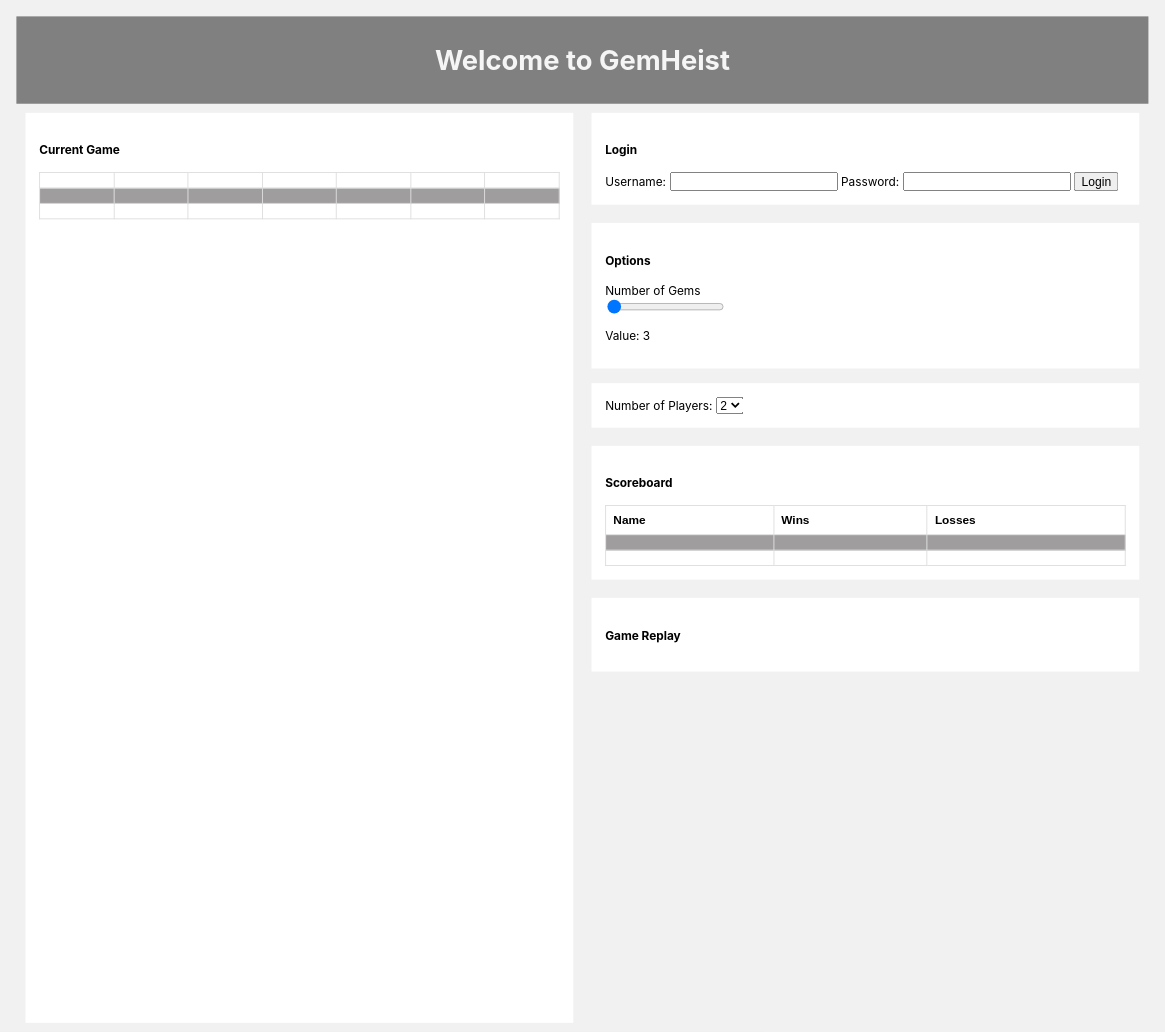
Repository: komalharjani/Gem-Heist
Page: board.html
These files come from the project's save history. The page is drawn as it stood at one moment and after the next save; the edit follows.
The browser window is 1280 px wide. The pictures show the whole page, at 91% of full size.

Above is the page before, as saved 2020-04-05 19:15:14.

### board.html
<!DOCTYPE html>
<html>

<head>
    <link rel="stylesheet" href="style.css">
</head>

<body>
    <!--Header-->
    <div class="header">
        <h2>Welcome to GemHeist</h2>
    </div>

    <!--Current Game-->
    <div class="centercolumn">
        <div class="card" style="height:1000px">
            <h4 id="gameTitle">Current Game</h4>
            <div class="yaks" id="game">
            </div>
        </div>
    </div>
    <!--Login -->
    <div class="centercolumn" id="scoreboard">
        <div class="card">
            <h4>Login</h4>
            <div class="yaks">
                <label for="fname">Username:</label>
                <input type="text" id="fname" name="fname">
                <label for="lname">Password:</label>
                <input type="text" id="lname" name="lname">
                <input type="submit" value="Login">
            </div>
        </div>
    </div><br>
    </div>

    <!--Options -->
    <div class="rightcolumn">
        <div class="card">
            <h4>Options</h4>
            <div class="yaks">
                <div class="slidecontainer">
                    <label for="myRange">Number of Gems</label></br>
                    <input type="range" min="3" max="20" value="3" class="slider" id="myRange">
                    <p>Value: <span id="demo"></span></p>
                </div>
            </div>
                <script>
                    var slider = document.getElementById("myRange");
                    var output = document.getElementById("demo");
                    output.innerHTML = slider.value;
                    document.getElementById("myRange").step = "3";
                    slider.oninput = function () {
                        output.innerHTML = this.value;
                    }
                </script>
            </div></br>
            <div class="card">
                <div class="yaks">
                    <label for="noPlayers">Number of Players:</label>
                    <select id="noPlayers">
                        <option value="2">2</option>
                        <option value="3">3</option>
                        <option value="4">4</option>
                        <option value="5">5</option>
                    </select>
                </div>
            </div>
    </div><br>
    </div>

    <!--Scoreboard - change to dynamic -->
    <div class="rightcolumn">
        <div class="card">
            <h4>Scoreboard</h4>
            <div class="yaks" id="scoreboard">
                <table>
                    <tr>
                        <th>Name</th>
                        <th>Wins</th>
                        <th>Losses</th>
                    </tr>
                    <tr>
                        <td> </td>
                        <td> </td>
                        <td> </td>
                    </tr>
                    <tr>
                        <td> </td>
                        <td> </td>
                        <td> </td>
                    </tr>
                </table>

            </div>
        </div>
    </div><br>
    </div>

    <!--Scoreboard -->
    <div class="rightcolumn">
        <div class="card">
            <h4>Game Replay</h4>
            <div class="yaks">
                <!--Content Here-->
            </div>
        </div>
    </div><br>
    </div>



    <!--JAVASCRIPT -->
    <script src="model_Board.js"></script>
</body>

</html>

### style.css
* {
    box-sizing: border-box;
  }

  /* Add a gray background color with some padding */
  body {
    font-family: -apple-system, BlinkMacSystemFont, 'Segoe UI', Roboto, Oxygen, Ubuntu, Cantarell, 'Open Sans', 'Helvetica Neue', sans-serif;
    padding: 10px;
    background: #f1f1f1;
    font-size: 13px;
  }
  table {
    font-family: arial, sans-serif;
    border-collapse: collapse;
    width: 100%;
  }

  td, th {
    border: 1px solid #dddddd;
    text-align: left;
    padding: 8px;
  }

  tr:nth-child(even) {
    background-color: #dddddd;
  }
  /* Header Title */
  .header {
    padding: 5px;
    font-size: 20px;
    text-align: center;
    background: grey;
    color: whitesmoke;
  }

  .login {
    width:300px;
    height:150px;
    position: fixed;
    top: 50%;
    left: 50%;
    margin-top: -125px;
    margin-left: -150px;
  }


  /* Alerts and Gems */

  .gem {
    background-color: white;
    justify-content: center;
  }

  .gem:hover {
    background-color: rgb(240, 240, 240);
  }

  .alarm {
    background-color: rgb(200, 0, 0);
  }

  .white {
    background-color: white;
  }

  .empty {
    background-color: white;
  }

  .alarm:hover {
    background-color: rgb(136, 0, 0);
  }

  /* Split Screen into Columns */

  .rightcolumn {
    float: right;
    width: 50%;
    padding: 10px;
  }

  .centercolumn {
    float: left;
    width: 50%;
    padding: 10px;
  }

  .box {
    background-color: whitesmoke;
    width: 100%;
    padding: 15px;
  }

  .voteFilter {
    background-color: black;
    width: 100%;
    padding: 15px;
  }

  .card {
     background-color: white;
     padding: 15px;
  }

  .row:after {
    content: "";
    display: table;
    clear: both;
  }

  /* Footer */
  .footer {
    padding: 20px;
    text-align: center;
    background: #ddd;
    margin-top: 20px;
  }

  /* Responsive layout - when the screen is less than 800px wide, make the two columns stack on top of each other instead of next to each other */
  @media screen and (max-width: 800px) {
    .leftcolumn, .rightcolumn {
      width: 100%;
      padding: 0;
    }
  }

  tr:nth-child(even) {
    background-color: #3b37377c;
  }

### model_Board.js
/**
 * Variables
 */
const width = 7;
var gemChar = '&#128142';
var noGems = document.getElementById("myRange").value;
height = (2 / 3 * noGems) + 1;

/**
 * Declare Arrays for Drawing Board...
 */
let currentState = new Array(height);
for (let k = 0; k < currentState.length; k++) {
    currentState[k] = new Array(width);
}
let arr = new Array(height);
for (let k = 0; k < arr.length; k++) {
    arr[k] = new Array(width);
}
/**
 * Function to Draw Board
 */
function drawBoard() {
    var table = document.createElement("table");
    for (var i = 0; i < arr.length; i++) {
        var row = document.createElement('tr');
        for (var j = 0; j < arr[i].length; j++) {
            var cell = document.createElement('td');
            console.log(currentState[i][j]);
            // if (j % 2 && i % 2) { //identify gem cells
            //     cell.innerHTML = gemChar;
            //     cell.className = "gem";
            // }
            // else if (j % 2 || i % 2) { //identify alarm cells
            //     cell.className = "alarm";
            // }
            row.appendChild(cell);
        }
        table.appendChild(row);
    }
    document.body.appendChild(table);
    //console.log(arr);
    console.log(currentState);

    //display in this div
    let divContainer = document.getElementById("game");
    divContainer.innerHTML = "";
    divContainer.appendChild(table);
}
drawBoard();

// function captureAlarm() {
//     if (currentState.className == "alarm") {
//         cell.addEventListener('click', function(event){
//             this.className = "white";
//             //replay.enqueue(this);
//     })
// }
// }


//Array for Players

//Queue replay

//for logic implmeentation
//seccond array? - to know which gems to check on
//gems array - to determine score and winner -- one for each player -- consider multiple players to determine winner
//how to pass html objects as a JSON ????

// drawTable = function(currentState) {
//         var table = document.createElement('table');
//         for (var i = 0; i < currentState.length; i++) {
//             var row = document.createElement('tr');
//             for (var j = 0; j < currentState[i].length; j++) {
//                 var cell = document.createElement('td');
//                 cell.textContent = currentState[i][j];
//                 row.appendChild(cell);
//             }
//             table.appendChild(row);
//         }
//         return table;
//     }
//     let divContainer = document.getElementById("game");
//     divContainer.innerHTML = "";
//     divContainer.appendChild(table);
//     drawTable();

After the next save:
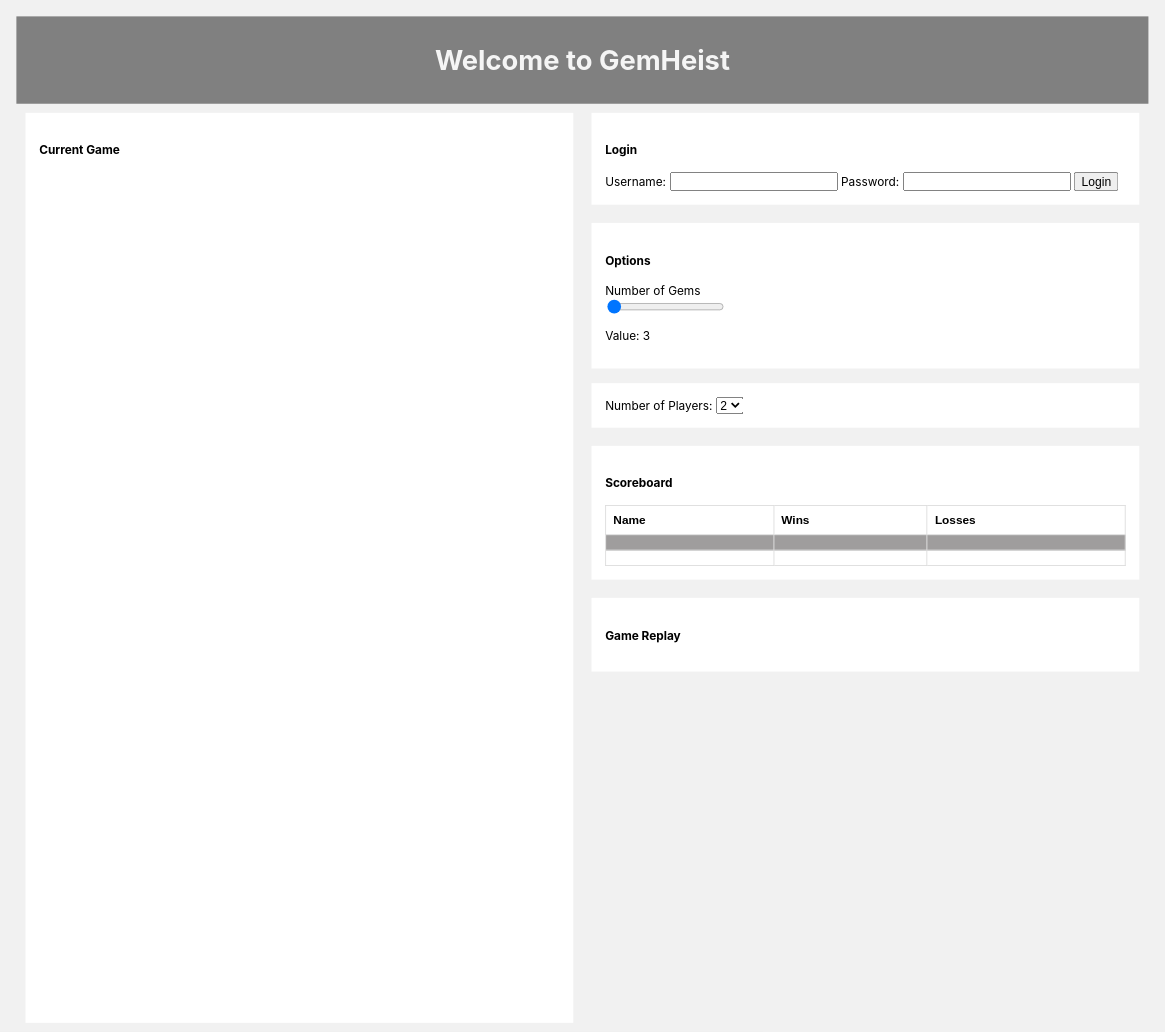
Console error: SyntaxError: Unexpected end of input
Saved 5 min 5 s later.
--- a/model_Board.js
+++ b/model_Board.js
@@ -27,8 +27,9 @@
         for (var j = 0; j < arr[i].length; j++) {
             var cell = document.createElement('td');
             console.log(currentState[i][j]);
-            // if (j % 2 && i % 2) { //identify gem cells
-            //     cell.innerHTML = gemChar;
+            if (j % 2 && i % 2) { //identify gem cells
+                cell.innerHTML = gemChar;
+                console.log(cell+1);
             //     cell.className = "gem";
             // }
             // else if (j % 2 || i % 2) { //identify alarm cells

After the save that followed:
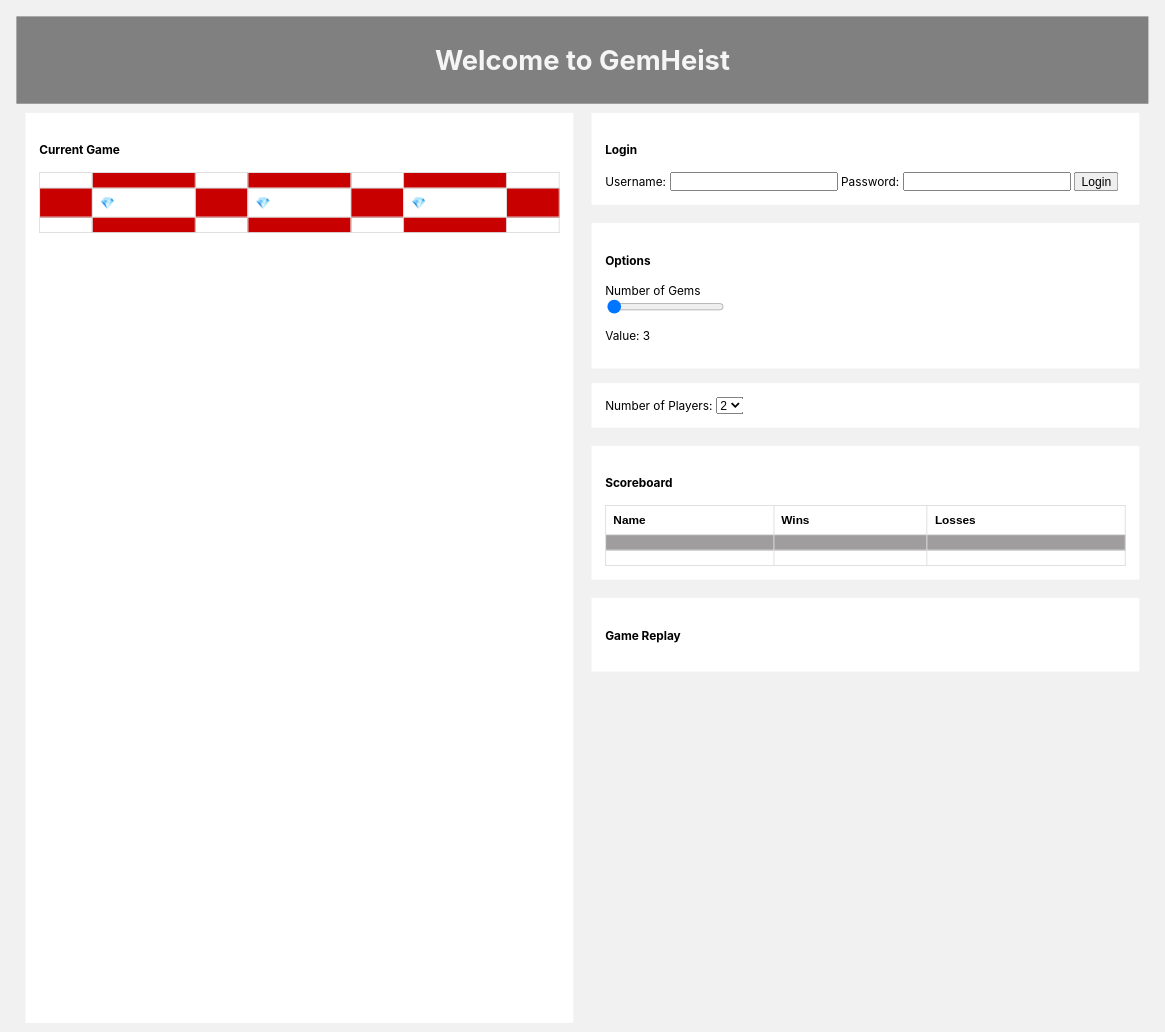
The error is gone.
Saved 22 s later.
--- a/model_Board.js
+++ b/model_Board.js
@@ -26,15 +26,15 @@
         var row = document.createElement('tr');
         for (var j = 0; j < arr[i].length; j++) {
             var cell = document.createElement('td');
-            console.log(currentState[i][j]);
+            //console.log(currentState[i][j]);
             if (j % 2 && i % 2) { //identify gem cells
                 cell.innerHTML = gemChar;
                 console.log(cell+1);
-            //     cell.className = "gem";
-            // }
-            // else if (j % 2 || i % 2) { //identify alarm cells
-            //     cell.className = "alarm";
-            // }
+                cell.className = "gem";
+            }
+            else if (j % 2 || i % 2) { //identify alarm cells
+                cell.className = "alarm";
+            }
             row.appendChild(cell);
         }
         table.appendChild(row);
